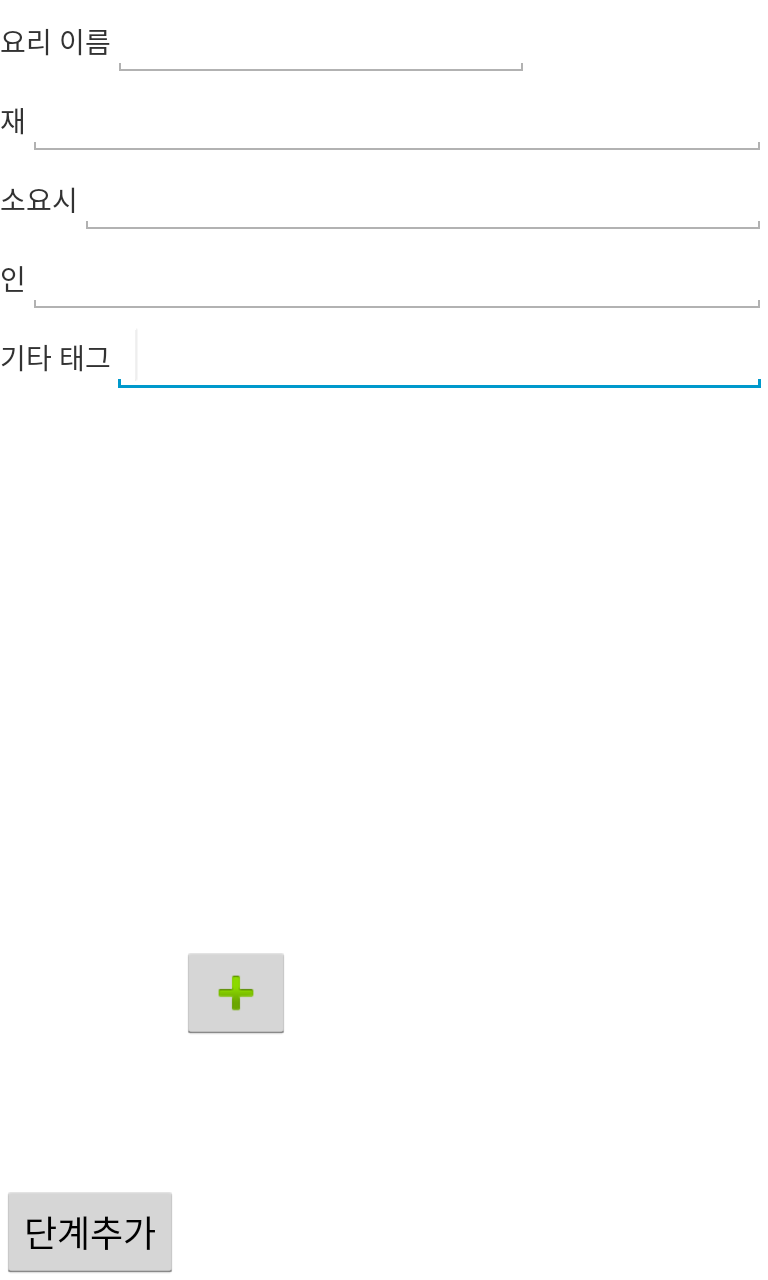
Repository: lay126/fuding_wewe
Layout: fuding_android/FudingAndroid/res/layout/fragment_addposting.xml
These files come from the project's save history. The layout is drawn as it stood at one moment and after a run of saves; the edit follows.
It is drawn on a 768 x 1280 px phone screen (xhdpi) without system bars, with theme AppTheme; the app's code is not run.

Above is the layout before, as saved 2015-07-21 11:00:16.

After the next 3 saves:
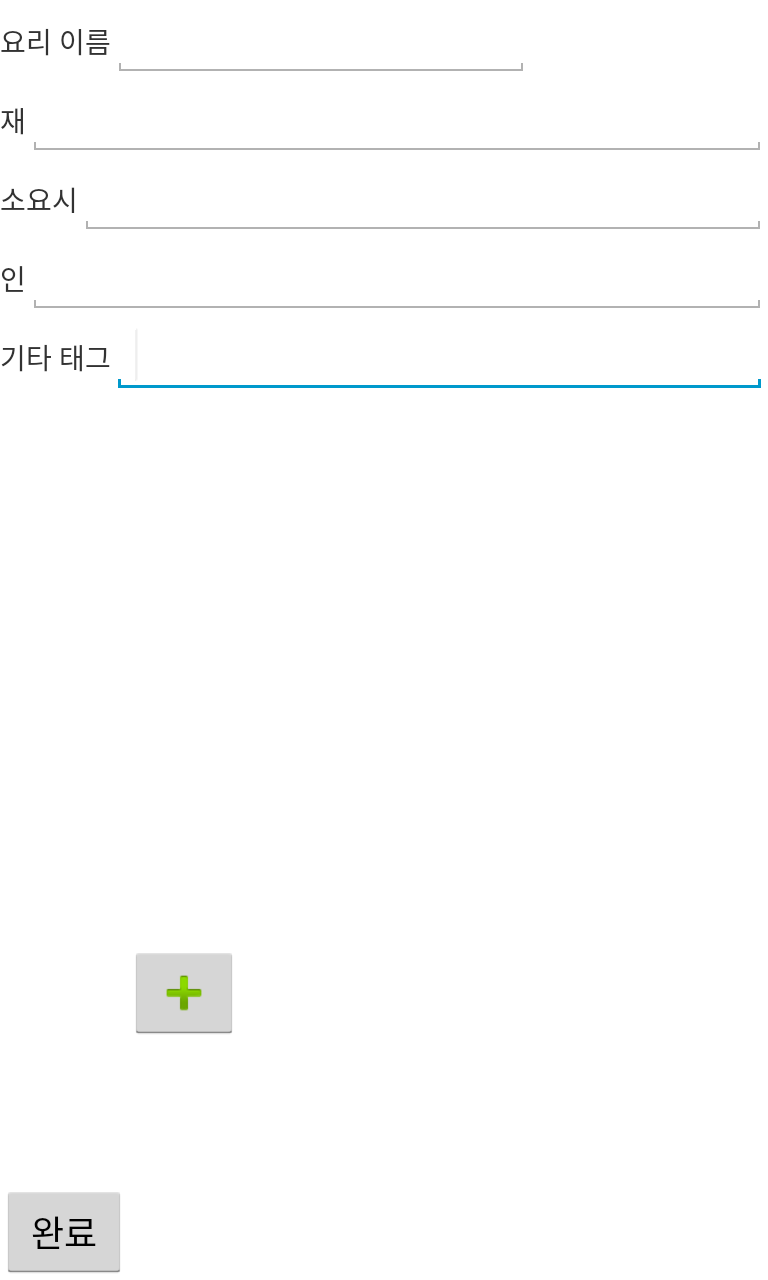
The 3 saves are shown as one change because they came seconds apart.
The last was saved 19 s later.
--- a/fuding_android/FudingAndroid/res/layout/fragment_addposting.xml
+++ b/fuding_android/FudingAndroid/res/layout/fragment_addposting.xml
@@ -127,7 +127,7 @@
             android:layout_height="wrap_content"
             android:layout_alignParentBottom="true"
             android:layout_alignParentLeft="true"
-            android:text="단계추가" />
+            android:text="완료" />
 
         <ImageButton
             android:id="@+id/btnAdd"
@@ -137,6 +137,7 @@
             android:layout_toRightOf="@+id/button1"
             android:contentDescription="@string/btnAdd"
             android:src="@android:drawable/ic_input_add" />
+
     </RelativeLayout>
 
 </LinearLayout><LinearLayout>
